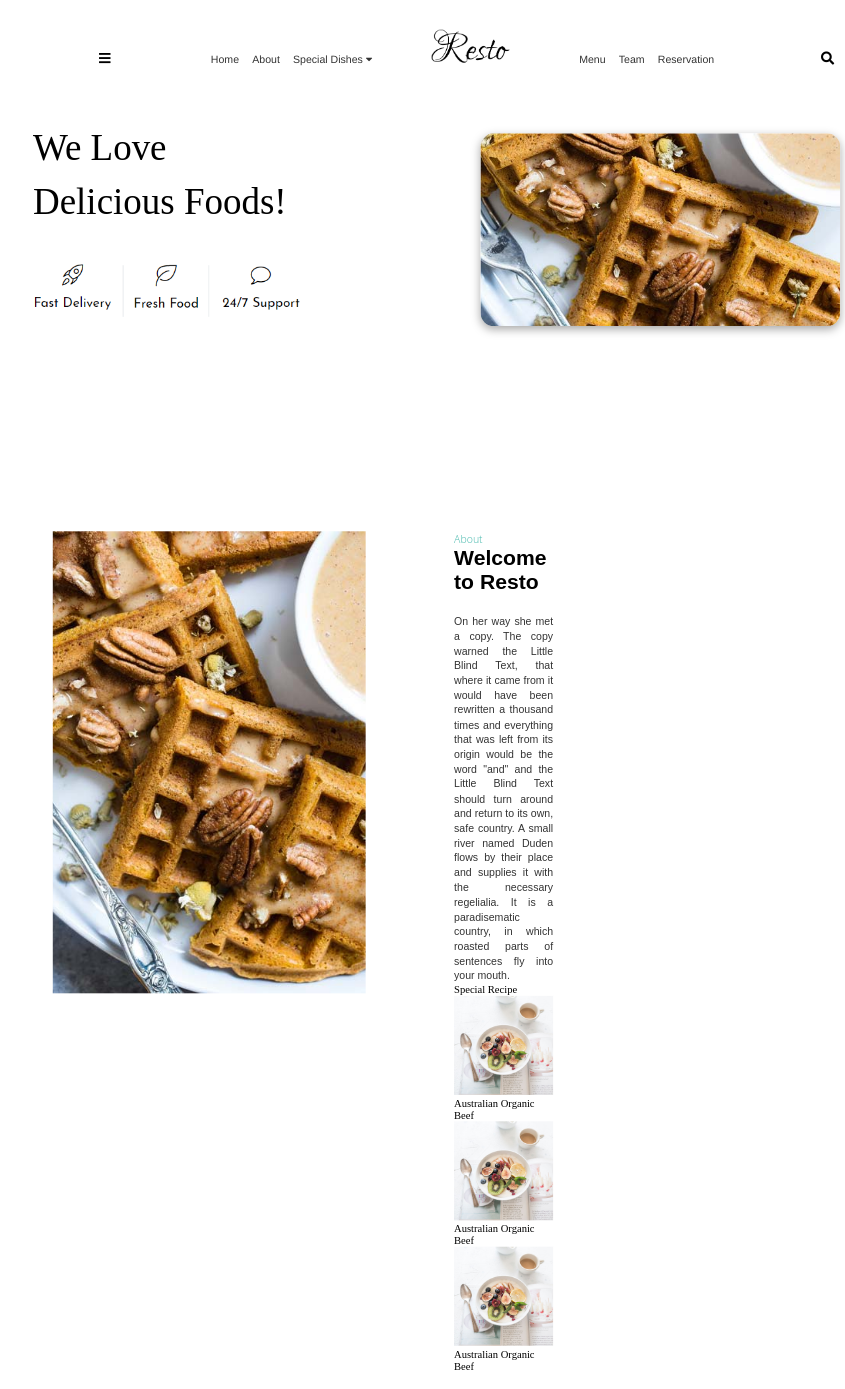
Repository: nguyenanhtuanHDU/myrestaurant
Page: index.html
The author's editor kept a copy of each file at every save. The page is drawn from the files as they stood at one save, then again after a run of saves.
The browser window is 1280 px wide. The pictures show the whole page, at 66% of full size.

Above is the page before, as saved 2022-02-01 02:03:11.

After the next 3 saves:
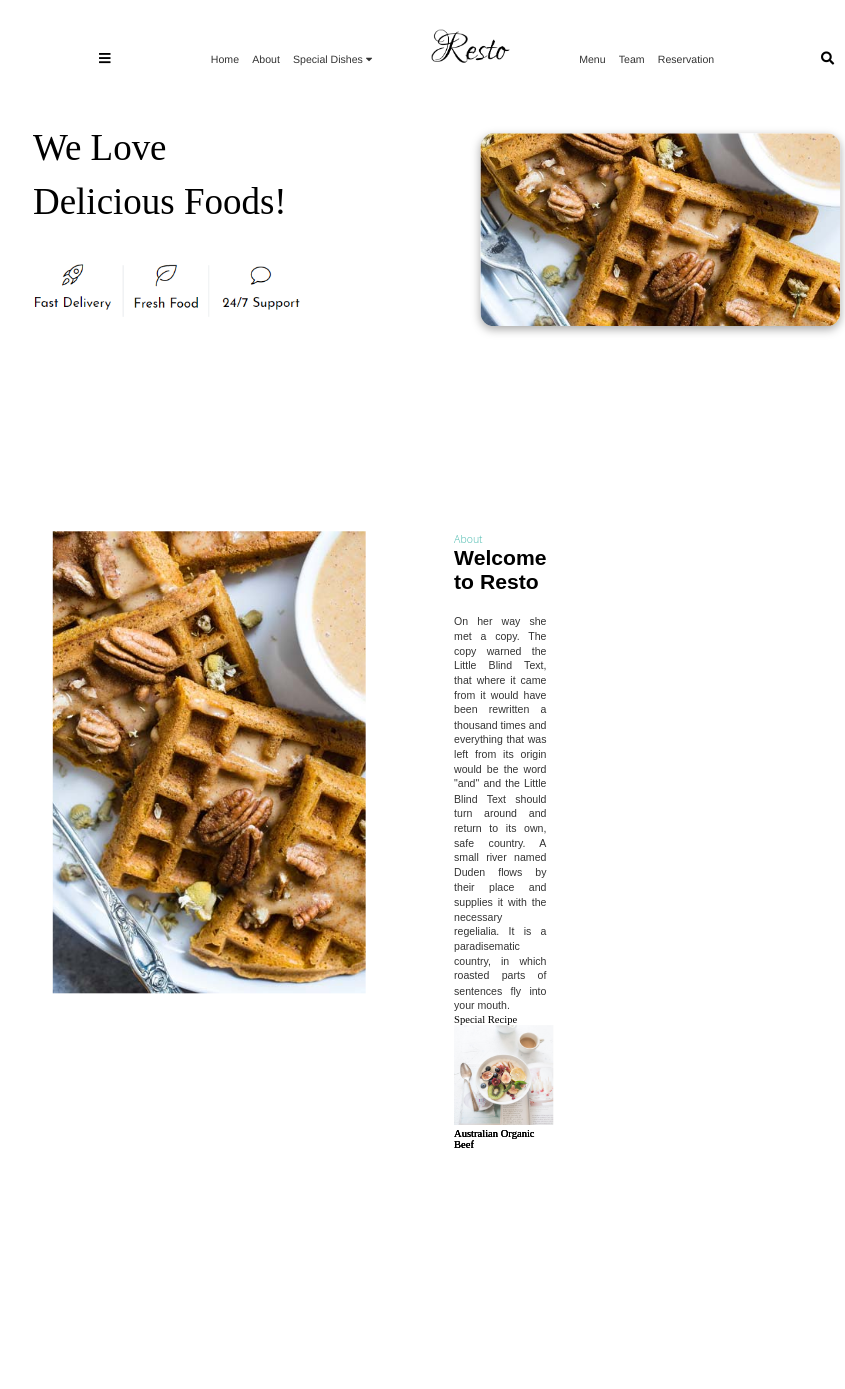
The 3 saves are shown as one change because they came seconds apart.
The last was saved 40 s later.
--- a/assets/style.css
+++ b/assets/style.css
@@ -225,6 +225,9 @@
     opacity: 0.8;
     line-height: 1.4;
 }
+.dish_items{
+    position: absolute;
+}
 .dish_img{
     width: 150px;
     height: 150px;

After the save that followed:
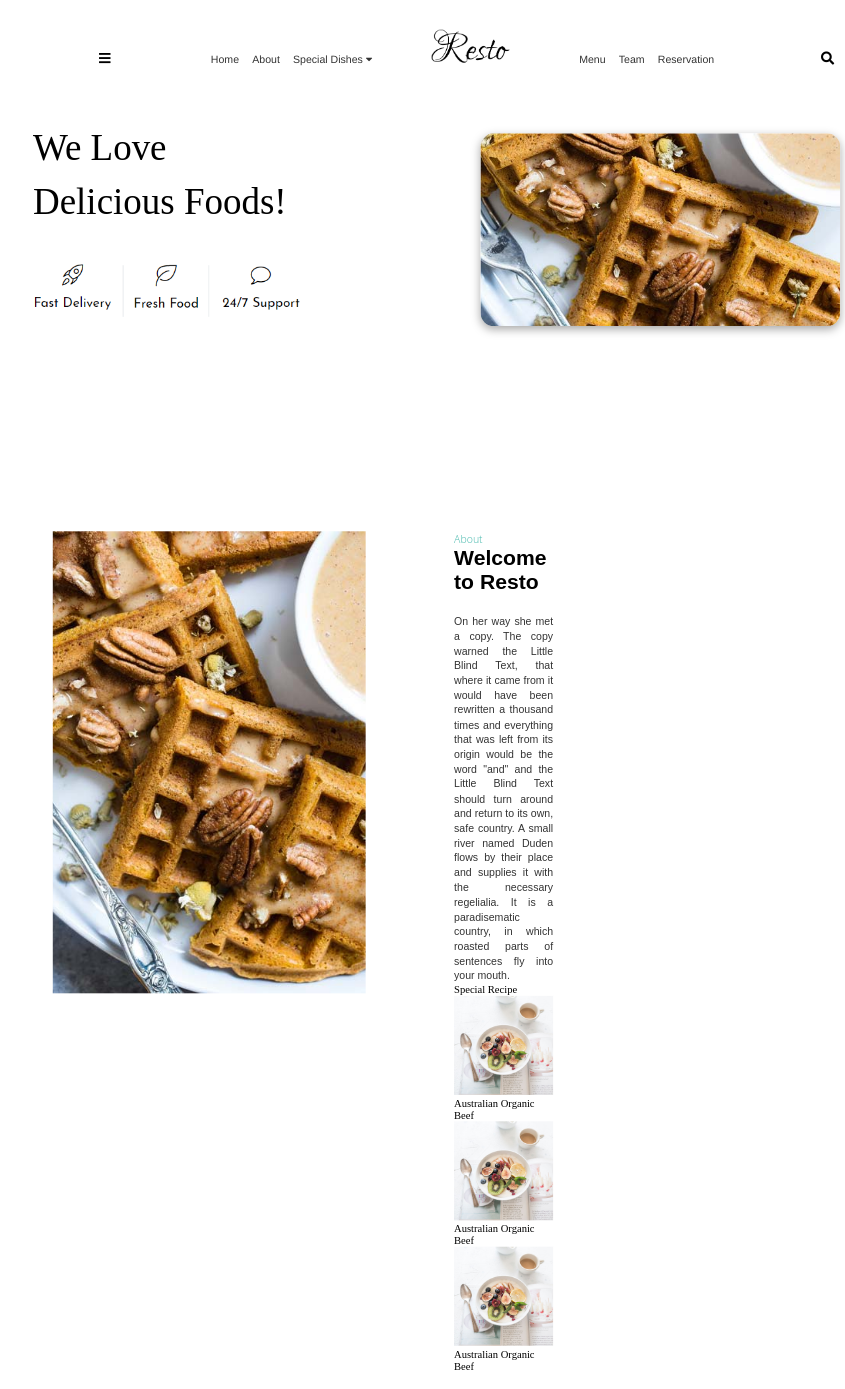
Saved 36 s later.
--- a/assets/style.css
+++ b/assets/style.css
@@ -226,7 +226,6 @@
     line-height: 1.4;
 }
 .dish_items{
-    position: absolute;
 }
 .dish_img{
     width: 150px;
